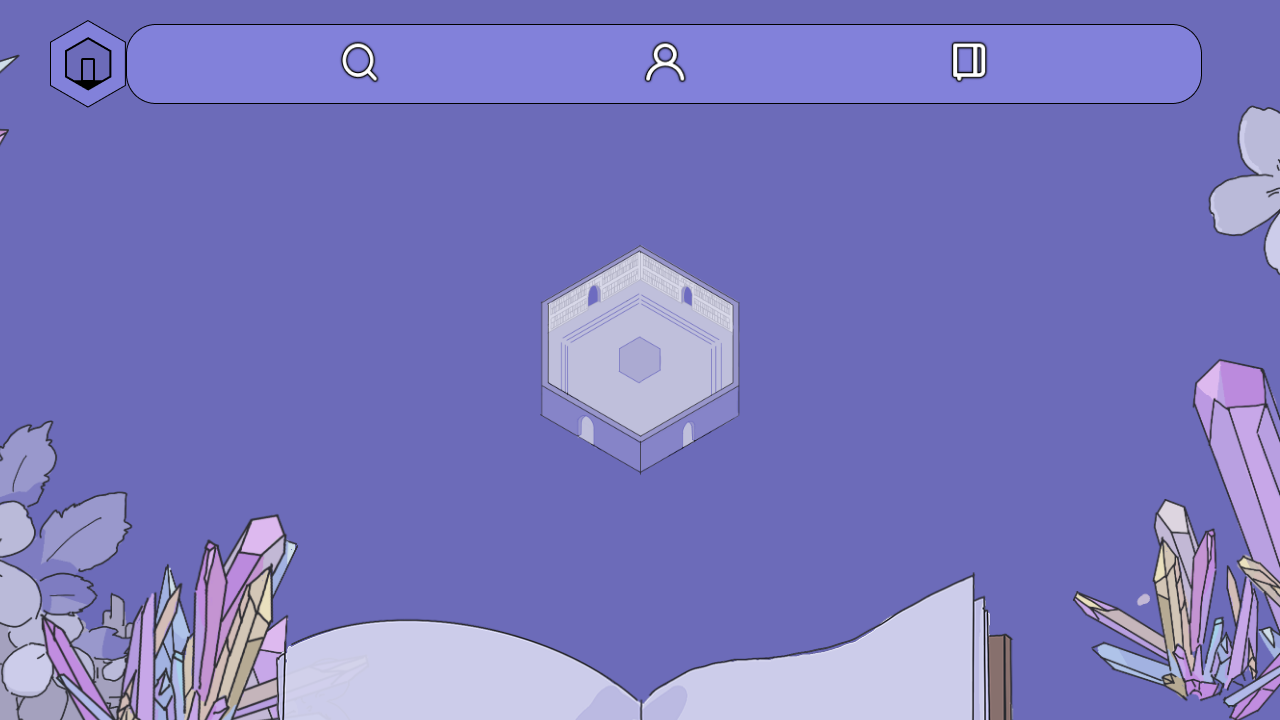
Repository: carolmmc/BabelLibrary
Page: find.html
These files come from the project's save history. The page is drawn as it stood at one moment and after the next save; the edit follows.
The browser window is 1280 px wide. The pictures show the whole page.

Above is the page before, as saved 2025-05-09 23:29:16.

After the next save:
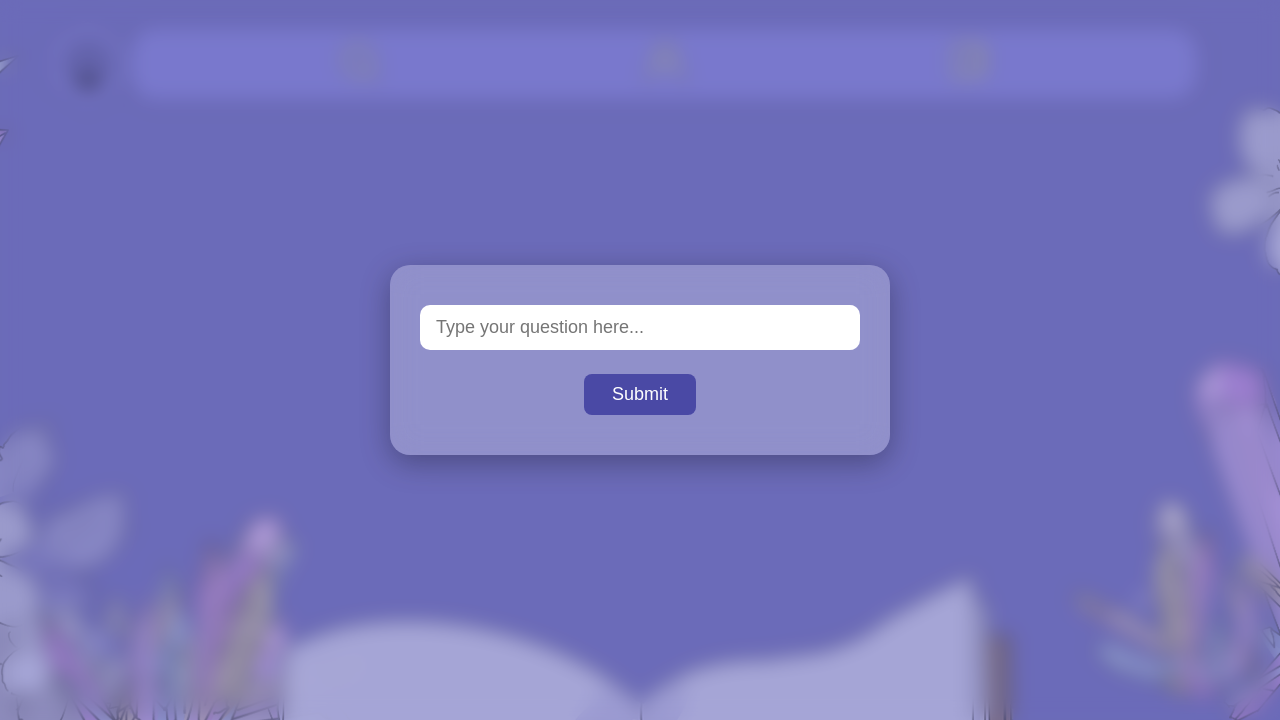
Saved 28 min 1 s later.
--- a/find.html
+++ b/find.html
@@ -121,6 +121,49 @@
       0%,100%{opacity:.9;transform:translateX(-50%) scale(1);}
       50%{opacity:1;transform:translateX(-50%) scale(1.02);}
     }
+    /* ---- Intro Section ---- */
+    .intro-section{
+      position:fixed;
+      top:0;left:0;right:0;bottom:0;
+      display:flex;
+      justify-content:center;
+      align-items:center;
+      background:rgba(108,107,185,0.4);
+      backdrop-filter:blur(10px);
+      z-index:200;
+    }
+    .frosted-box{
+      background:rgba(255,255,255,0.25);
+      border-radius:20px;
+      padding:40px 30px;
+      width:70%;
+      max-width:500px;
+      backdrop-filter:blur(15px);
+      box-shadow:0 8px 30px rgba(0,0,0,0.3);
+      display:flex;
+      flex-direction:column;
+      align-items:center;
+    }
+    .question-input{
+      width:100%;
+      padding:12px 16px;
+      border:none;
+      border-radius:10px;
+      font-size:18px;
+      margin-bottom:24px;
+      outline:none;
+    }
+    .submit-btn{
+      padding:10px 28px;
+      border:none;
+      border-radius:8px;
+      background:#4A49A5;
+      color:#fff;
+      font-size:18px;
+      cursor:pointer;
+      transition:background 0.3s;
+    }
+    .submit-btn:hover{background:#5E5DD1;}
   </style>
 </head>
 <body>
@@ -137,8 +180,16 @@
     <div style="width:150px;"></div>
   </header>
 
+  <!-- Intro Section with frosted glass question box -->
+  <div class="intro-section" id="introSection">
+    <div class="frosted-box">
+      <input type="text" id="userQuestion" class="question-input" placeholder="Type your question here...">
+      <button id="submitQuestion" class="submit-btn">Submit</button>
+    </div>
+  </div>
+
   <!-- 六边形层级 -->
-  <div class="content-center">
+  <div class="content-center hidden">
     <div class="hex-container">
       <!-- 第一层 -->
       <img src="find1.png" id="layer1Hex" class="hexagon layer1" alt="第一层六边形">
@@ -167,6 +218,18 @@
   <div class="decoration-frame2"></div>
 
   <script>
+    // Intro section handling
+    const intro = document.getElementById('introSection');
+    const submitBtn = document.getElementById('submitQuestion');
+    const contentCenter = document.querySelector('.content-center');
+
+    submitBtn.addEventListener('click', () => {
+      const q = document.getElementById('userQuestion').value.trim();
+      // You could store `q` here if needed
+      intro.style.display = 'none';           // Hide intro overlay
+      contentCenter.classList.remove('hidden'); // Show hexagon interface
+    });
+
     const layer1 = document.getElementById('layer1Hex');
     const layer2Group = document.getElementById('layer2Group');
     const layer3Group = document.getElementById('layer3Group');
